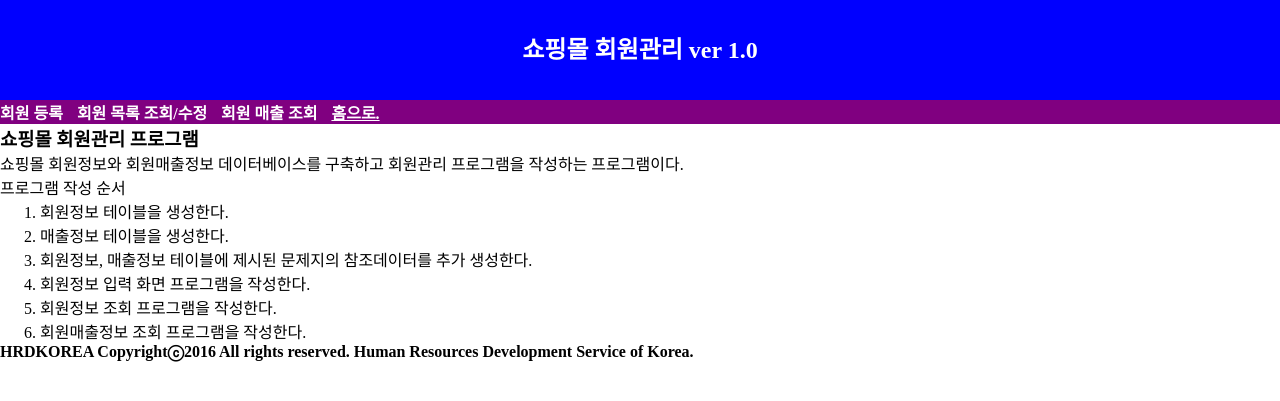
Repository: brightjy/Today-what-I-practiced
Page: http://localhost/HRD_900108/main/main.jsp
An editor plug-in stored every save of this project. The page is shown before and after the next save, followed by the edit.
The browser window is 1280 px wide. The pictures show the whole page.
The page is served by Tomcat 9.

Above is the page before, as saved 2020-05-09 11:38:37.

After the next save:
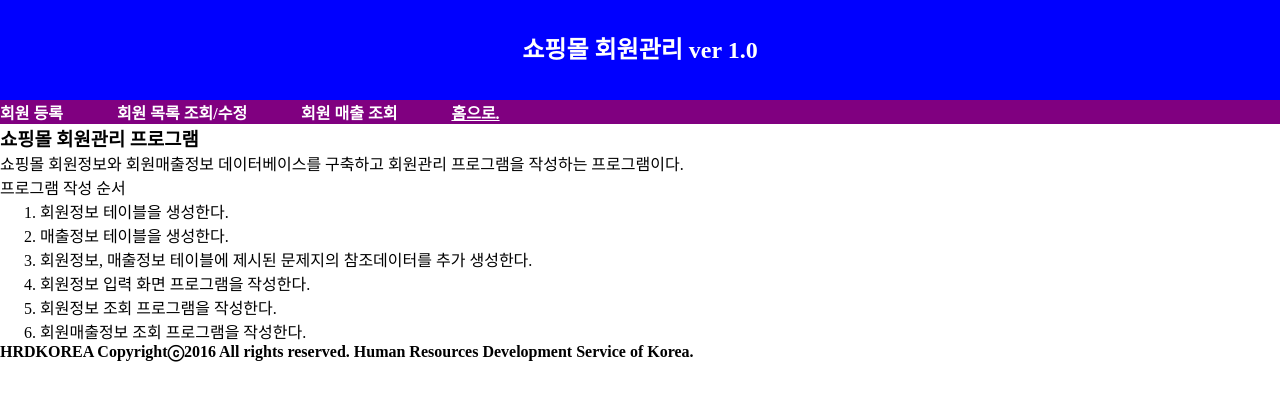
Saved 5 s later.
--- a/hrdkorea_0509/HRD_900108/WebContent/main/main.jsp
+++ b/hrdkorea_0509/HRD_900108/WebContent/main/main.jsp
@@ -26,7 +26,7 @@
 	nav a{
 		color: white;
 		font-weight:bold;
-		padding-right:10px;
+		padding-right:50px;
 	}
 </style>
 </head>
